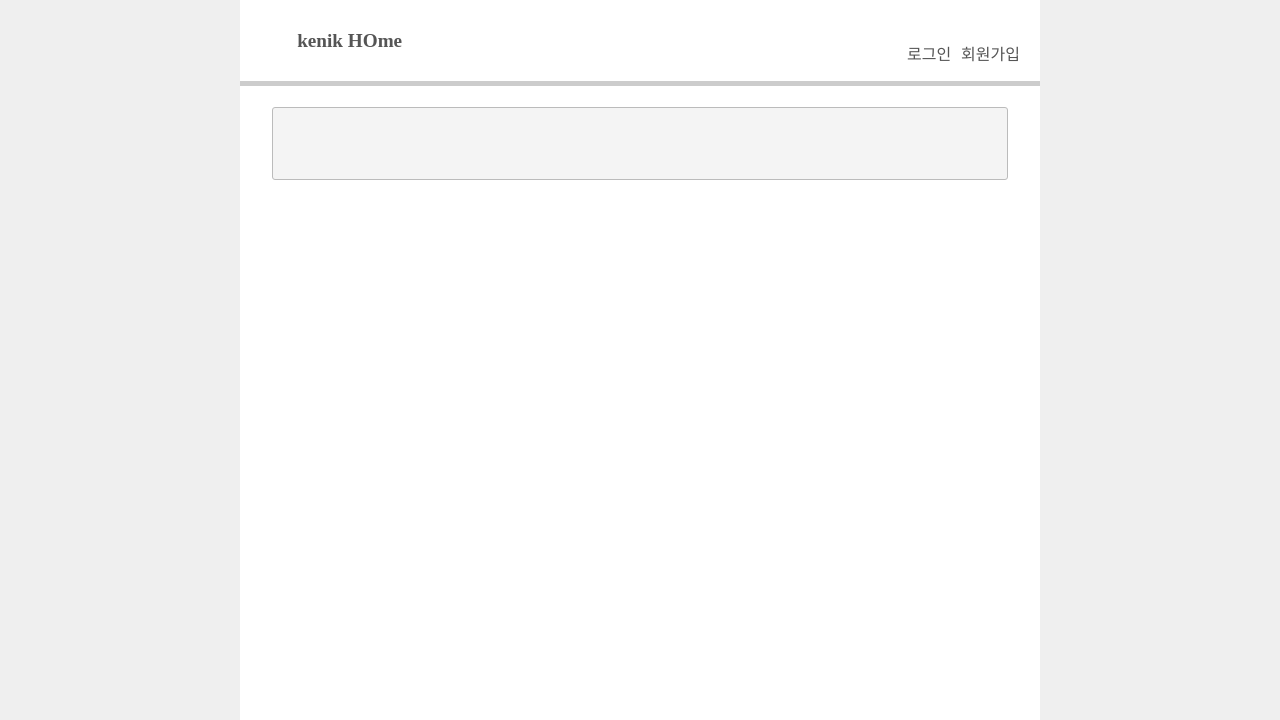
Repository: Seeker2250/JspTest
Page: http://localhost/jspPro/days01/ex02_ok.jsp
An editor plug-in stored every save of this project. The page is shown before and after the next save, followed by the edit.
The browser window is 1280 px wide. The pictures show the whole page.
Some web fonts or font styles are not loaded; a fallback is used. The page is served by Tomcat 9. Other server files are loaded and not shown.

Above is the page before, as saved 2024-10-15 03:26:32.

### jspPro/src/main/webapp/days01/ex02_ok.jsp
<%@ page language="java" contentType="text/html; charset=UTF-8"
    pageEncoding="UTF-8"%>
<%
	//ex02_ok.jsp?title=채식주의자&author=한강
	String title = request.getParameter("title");
	String author = request.getParameter("author");
%>
<!DOCTYPE html>
<html>
<head>
<meta charset="UTF-8">
<title>Insert title here</title>
<link rel="shortcut icon" type="image/x-icon" href="http://localhost/jspPro/images/SiSt.ico">
<script src="https://ajax.googleapis.com/ajax/libs/jquery/3.7.1/jquery.min.js"></script>
<meta name="viewport" content="width=device-width, initial-scale=1.0">
<link rel="stylesheet" href="http://localhost/jspPro/resources/cdn-main/example.css">
<script src="http://localhost/jspPro/resources/cdn-main/example.js"></script>
<style>
 span.material-symbols-outlined{
    vertical-align: text-bottom;
 }
</style>
</head>
<body>
<header>
  <h1 class="main"><a href="#" style="position: absolute;top:30px;">kenik HOme</a></h1>
  <ul>
    <li><a href="#">로그인</a></li>
    <li><a href="#">회원가입</a></li>
  </ul>
</header>
<div>
 <xmp class="code">

  </xmp>
</div>
</body>
</html>

### jspPro/src/main/webapp/resources/cdn-main/example.css
@charset "UTF-8";

@import url('https://fonts.googleapis.com/css2?family=Material+Symbols+Outlined:opsz,wght,FILL,GRAD@20..48,100..700,0..1,-50..200');

@font-face {
    font-family: 'GmarketSansMedium';
    src: url('https://cdn.jsdelivr.net/gh/projectnoonnu/noonfonts_2001@1.1/GmarketSansMedium.woff') format('woff');
    font-weight: normal;
    font-style: normal;
}

:root {
	--text-color: #555;
	--sub-text-color: #777;
	--back-color: #EFEFEF;
	--header-color: #444;
	--primary-color: #DEDEDE;
	--secondary-color: #EFEFEF;
	--default-width: 800px;
	--narrow-width: 500px;
	--wide-width: 1200px;
	--text-font: 'GmarketSansMedium';
	--icon-font: 'Material Symbols Outlined';
	--border-color: #CCC;
}

html, body {
	margin: 0;
	padding: 0;
}

html {
	background-color: var(--back-color);
	display: flex;
	justify-content: center;
	min-height: 100vh;
}

body, body.default {
	width: var(--default-width);
	background-color: white;
	padding-bottom: 120px;
}

body.wide {
	width: var(--wide-width);
}

body.narrow {
	width: var(--narrow-width);
}



body, p, div, span, a, input, select, option, textarea, button, table, th, td, label, fieldset, legend {
	font-family: var(--text-font);
	color: var(--text-color);
}

h1, h2, h3 {
	font-family: var(--text-font);
	color: var(--header-color);
	padding: 0 1rem;
	padding-top: .5rem;
}

div > h1, div > h2, div > h3 {
	padding: 0;
}

body > div, body > main > div {
	padding: 0.3rem 1rem;
}


h1 { font-size: 2rem; border-bottom: 1px solid var(--border-color); }
h1 small { font-size: 1.2rem; color: var(--sub-text-color); }
h2 { font-size: 1.5rem; border-bottom: 1px dashed var(--border-color); }
h2 small { font-size: 1.1rem; color: --sub-text-color; }
h3 { font-size: 1.2rem; }
h3 small { font-size: 1rem; color: --sub-text-color; }



h1.main::before {
	font-family: var(--icon-font);
  	content: '\e666';
  	margin-right: 10px;
  	float: left;
	font-size: 2.5rem;
}

h1.sub::before {
	font-family: var(--icon-font);
  	content: '\ea19';
  	margin-right: 10px;
  	float: left;
	font-size: 2.5rem;
}


h1.page::before {
	font-family: var(--icon-font);
  	content: '\e0e0';
  	margin-right: 10px;
  	float: left;
	font-size: 2.5rem;
}

body > header > ul > li > .active{
	background-color: #FFF;
	color:#F00;
}

body > header {
	display: flex;
	justify-content: space-between;
	border-bottom: 5px solid var(--border-color);
	min-height: 74px;
	background-color: #FFF;
}

body > header.sticky {
	position: sticky;
	top: 0;
	z-index: 98;
}

body > header > h1 {
	font-size: 1.2rem;
	border: 0;
}

body > header.in > h1::before {
	font-family: var(--icon-font);
  	content: '\e332‥';
  	margin-right: 3px;
  	float: left;
	font-size: 2rem;
}


body > header > ul {
	list-style-type: none;
	display: flex;
	align-items: flex-end;
	margin-right: 10px;
}

body > header > ul > li {
	margin-right: 10px;
	cursor: pointer;
}

body > header > ul > li > a {
	cursor: pointer;
}


form {
	display: block;
}

form > div {
	padding: 0.3rem 1rem;
}

div > form > div {
	padding: 0.3rem 0;
}

input, textarea, button, select {
	border: 1px solid #BBB;
	border-radius: 3px;
	outline: none;
	resize: none;
	padding: 7px;
	margin: 0;
}

input[type=text]:read-only, textarea:read-only {
	cursor: not-allowed;
	background-color: #FFF;
}

input[type=text]:disabled, textarea:disabled {
	cursor: not-allowed;
	background-color: #EEE;
}

input[type=text], input[type=password], textarea, button, select {
	/* width: 300px; */
}

textarea {
	display: block;
	height: 100px;
}

input[type=button], input[type=submit], button {
	/* width: inherit; */
}

input.short, textarea.short, button.short, select.short {
	width: 100px;
}

input.long, textarea.long, button.long, select.long {
	width: 350px;
}

.narrow input.long, .narrow textarea.long, .narrow button.long, .narrow select.long {
	width: calc(100% - 20px);
}

input.full, textarea.full, button.full, select.full {
	width: calc(100% - 20px);
}

textarea.short {
	height: 50px;
}

textarea.long {
	height: 100px;
}

textarea.full {
	height: 200px;
}

input, textarea {
	padding-top: 8px;
}

input[type=button], input[type=submit], button {
	padding: 5px 10px;
	background-color: var(--secondary-color);
	cursor: pointer;
	min-height: 36px;
}

input[type=button].primary, input[type=submit].primary, button.primary {
	/* background-color: rgba(100, 149, 237, .2); */
	background-color: var(--primary-color);
}

input[type=button].primary:hover, input[type=submit].primary:hover, button.primary:hover {
	/* background-color: rgba(100, 149, 237, .3); */
	background-color: var(--secondary-color);
}

input[type=button]:hover, input[type=submit]:hover, button:hover {
	background-color: var(--primary-color);
}

button {
	position: relative;
	left: 0;
	top: 0;
	padding-left: 35px;
}

button .material-symbols-outlined {
	position: absolute;
	left: 10px;
	top: 4px;
}

/* k2nik add */
button.login::before {
	font-family: var(--icon-font);
  	content: '\ea77';
	position: absolute;
	left: 11px;
	top: 4px;
	font-size: 1.25rem;
}

/* k2nik logout */
button.logout::before {
	font-family: var(--icon-font);
  	content: '\e9ba';
	position: absolute;
	left: 11px;
	top: 4px;
	font-size: 1.25rem;
}

/* k2nik help */
button.help::before {
	font-family: var(--icon-font);
  	content: '\f1c0';
	position: absolute;
	left: 11px;
	top: 4px;
	font-size: 1.25rem;
}

button.add::before{
	font-family: var(--icon-font);
  	content: '\e746';
	position: absolute;
	left: 11px;
	top: 4px;
	font-size: 1.25rem;
}

button.back::before {
	font-family: var(--icon-font);
  	content: '\e166';
	position: absolute;
	left: 11px;
	top: 4px;
	font-size: 1.25rem;
}

button.list::before {
	font-family: var(--icon-font);
  	content: '\e0ee';
	position: absolute;
	left: 11px;
	top: 4px;
	font-size: 1.25rem;
}


button.del::before {
	font-family: var(--icon-font);
  	content: '\e872';
	position: absolute;
	left: 11px;
	top: 4px;
	font-size: 1.25rem;
}


button.edit::before {
	font-family: var(--icon-font);
  	content: '\e745';
	position: absolute;
	left: 11px;
	top: 4px;
	font-size: 1.25rem;
}


button.login::before {
	font-family: var(--icon-font);
  	content: '\ea77';
	position: absolute;
	left: 11px;
	top: 4px;
	font-size: 1.25rem;
}


button.logout::before {
	font-family: var(--icon-font);
  	content: '\e9ba';
	position: absolute;
	left: 11px;
	top: 4px;
	font-size: 1.25rem;
}


button.in::before {
	font-family: var(--icon-font);
  	content: '\f71a';
	position: absolute;
	left: 11px;
	top: 4px;
	font-size: 1.25rem;
}


button.out::before {
	font-family: var(--icon-font);
  	content: '\f70e';
	position: absolute;
	left: 11px;
	top: 4px;
	font-size: 1.25rem;
}


button.reply::before {
	font-family: var(--icon-font);
  	content: '\e15e';
	position: absolute;
	left: 11px;
	top: 4px;
	font-size: 1.25rem;
}


button.comment::before {
	font-family: var(--icon-font);
  	content: '\e0b9';
	position: absolute;
	left: 11px;
	top: 4px;
	font-size: 1.25rem;
}


button.modal::before {
	font-family: var(--icon-font);
  	content: '\e89e';
	position: absolute;
	left: 11px;
	top: 4px;
	font-size: 1.25rem;
}


button.ok::before {
	font-family: var(--icon-font);
  	content: '\e86c';
	position: absolute;
	left: 11px;
	top: 4px;
	font-size: 1.25rem;
}


button.cancel::before {
	font-family: var(--icon-font);
  	content: '\e5c9';
	position: absolute;
	left: 11px;
	top: 4px;
	font-size: 1.25rem;
}

button.search::before {
	font-family: var(--icon-font);
  	content: '\e8b6';
	position: absolute;
	left: 11px;
	top: 4px;
	font-size: 1.25rem;
}

button.home::before {
	font-family: var(--icon-font);
  	content: '\e88a';
	position: absolute;
	left: 11px;
	top: 4px;
	font-size: 1.25rem;
}


button.sidebar::before {
	font-family: var(--icon-font);
  	content: '\f7e4';
	position: absolute;
	left: 11px;
	top: 4px;
	font-size: 1.25rem;
}


button.sidebar-right::before {
	font-family: var(--icon-font);
  	content: '\f7e5';
	position: absolute;
	left: 11px;
	top: 4px;
	font-size: 1.25rem;
}




button::before {
	font-family: var(--icon-font);
  	content: '\e323';
	position: absolute;
	left: 11px;
	top: 4px;
	font-size: 1.25rem;
}


table {
	border-collapse: collapse;
	margin: 1rem;
	box-sizing: border-box;
	width: calc(100% - 32px);
}

table.content {
	width: auto;
}

div > table {
	margin: 0;
}

table th, table td {
	border: 1px solid var(--border-color);
	padding: 7px;
	font-weight: normal;
}

table th {
	background-color: var(--back-color);
}

table.vertical th {
	width: 150px;
}

table.vertical td {
	width: calc(100% - 182px);
	padding-left: 10px;
}

table.content td, table.content th {
	width: auto;
}

body.narrow table.vertical th {
	width: 100px;
}

body.narrow table.vertical td {
	width: calc(100% - 182px);
}


table + table {
	margin-top: 30px;
}


p {
	padding: 0 1rem;
}

a {
	text-decoration: none;
}

a:hover {
	color: rgba(255, 99, 71, .7);
}

hr {
	border: 0;
	border-top: 1px solid var(--border-color);
	margin: 2rem 0;
}

.message {
	border: 1px solid var(--border-color);
	background-color: #EFEFEF;
	margin: 1rem;
	width: auto;
	padding-top: 10px;
	padding-bottom: 10px;
	font-size: 14px;
}

.message[title]::before {
	content: attr(title);
	display: block;
	border-bottom: 1px solid var(--border-color);
	padding-bottom: 5px;
	margin-bottom: 10px;
	margin-top: 7px;
}

.message.short {
	max-width: 250px;
}

.message.long {
	max-width: 500px;
}

.badge {
	float: right;
	font-size: .8rem;
	margin-top: 2px;
	margin-right: 2px;
	text-shadow: 0 0 7px gray;
}

.badge.left {
	float: none;
	margin-left: 2px;
}

.badge.right {
	float: right;
}

.badge.red {
	border-radius: 50%;
	padding: 2px 5px;
	background-color: rgb(255, 99, 71, .3);
}

.badge.yellow {

	border-radius: 50%;
	padding: 2px 5px;
	background-color: rgb(255, 215, 0, .5);
}

.badge.blue {
	border-radius: 50%;
	padding: 2px 5px;
	background-color: rgb(100, 149, 237, .3);
}

label + label {
	margin-left: 7px;
}

label input[type=checkbox], label input[type=radio] {
	transform: translate(0, 1px);
}

.group {
	display: flex;
}

.modal-content .group {
	margin-bottom: .5rem;
}

.group label {
	border: 1px solid #BBB;
	border-radius: 3px;
	outline: none;
	resize: none;
	padding: 7px 14px;
	margin: 0;
	border-top-right-radius: 0;
	border-bottom-right-radius: 0;
	background-color: #EFEFEF;
	white-space: nowrap;
	font-size: 14px;
}

.group input[type=text] {
	margin-left: -1px;
	border-top-left-radius: 0;
	border-bottom-left-radius: 0;
}

.group select {
	margin-left: -1px;
	border-top-left-radius: 0;
	border-bottom-left-radius: 0;
}

.group input.full[type=text] {
	margin-left: -1px;
	border-top-left-radius: 0;
	border-bottom-left-radius: 0;
	width: 100%;
}

.group input[type=button]:first-child, .group button:first-child {
	border-top-left-radius: 3px;
	border-bottom-left-radius: 3px;
	margin-left: 0px;
}

.group input[type=button], .group button {
	border-radius: 0;
	margin-left: -1px;
}

.group input[type=button]:last-child, .group button:last-child {
	margin-left: -1px;
	border-top-right-radius: 3px;
	border-bottom-right-radius: 3px;
}

.seperate {
	display: flex;
	justify-content: space-between;
}

div.list {
	width: max-content;
	margin: 1rem;
	border: 1px solid #BBB;
	border-radius: 3px;
	padding: 0;
}

div.list.full {
	width: auto;
	display: block;
	margin: 1rem;
	border: 1px solid #BBB;
	border-radius: 3px;
	padding: 0;
}

div.list > div {
	padding: .5rem 1rem;
	margin: 0;
	border-bottom: 1px solid #BBB;
}

div.list > div:last-child {
	border-bottom: 0;
}

pre.code , xmp.code{
	font-family: consols;
	background-color: rgba(150, 150, 150, .1);
	border: 1px solid #BBB;
	border-radius: 3px;
	padding: .5rem 1rem;
	padding-bottom: .6rem;
	margin: 1rem;
}




*[data-modal-window] {
	position: fixed;
	background-color: rgba(0, 0, 0, .3);
	left: 0;
	top: 0;
	display: none;
	justify-content: center;
	align-items: flex-start;
	width: 100%;
	min-height: 100vh;
	z-index: 100;
	opacity: 0;
	transition: 500ms all;
}

*[data-modal-window] .modal-container {
	border-radius: 5px;
	padding: 1rem;
	padding-bottom: .5rem;
	margin-top: -500px;
	opacity: 0;
	width: 500px;
	background-color: #FFF;
	margin-right: 2rem;
	transition: 500ms all;
}

*[data-modal-size=content] .modal-container {
	width: auto;
}

*[data-modal-size=narrow] .modal-container {
	width: 300px;
}

*[data-modal-size=wide] .modal-container {
	width: 760px;
}


*[data-modal-window] .modal-header {
	border-bottom: 1px solid var(--border-color);
	padding: 2px 5px;
}

*[data-modal-window] .modal-content {
	padding: 1rem 5px;
}

*[data-modal-window] .modal-content div:last-child {
	margin-top: 1rem;
	text-align: right;
}



*[data-sidebar-window] {
	position: fixed;
	background-color: #FFF;
	left: 0;
	top: 0;
	display: block;
	width: 300px;
	border-right: 1px solid var(--border-color);
	box-sizing: border-box;
	box-shadow: 0 0 3px var(--back-color);
	min-height: 100vh;
	z-index: 99;
	transform: translate(-300px, 0);
	transition-duration: 500ms;
	transition-property: transform;
}

*[data-sidebar-direction=right] {
	left: auto;
	right: 0;
	transform: translate(300px, 0);
	border-left: 1px solid var(--border-color);
}

*[data-sidebar-size=wide] {
	width: 500px;
	transform: translate(-500px, 0);
}

*[data-sidebar-window] .sidebar-title {
	border-bottom: 1px solid var(--border-color);
	margin-top: 20px;
	margin-bottom: 20px;
	padding-bottom: 5px;
	display: flex;
	justify-content: space-between;
}

*[data-sidebar-window] .sidebar-title span:last-child {
	cursor: pointer;
}


/* K2Nik pagination */
.center {
  text-align: center;
}

.pagination {
  display: inline-block;
}

.pagination a {
  color: black;
  float: left;
  padding: 3px 6px;
  text-decoration: none;
  transition: background-color .3s;
  border: 1px solid #ddd;
  margin: 0 3px;
}

.pagination a.active {
  background-color: #4CAF50;
  color: white;
  border: 1px solid #4CAF50;
}

.pagination a:hover:not(.active) {background-color: #ddd;}

### jspPro/src/main/webapp/resources/cdn-main/example.js

window.onload = () => {

    const list = document.querySelectorAll('input, textarea');

    list.forEach(item => {
        item.setAttribute('autocomplete', 'off');
    });


    const modal_btn_list = document.querySelectorAll('*[data-modal-button]');

    modal_btn_list.forEach(item => {
        item.onclick = function() {

            const name = this.dataset['modalButton'];
            const modal_window = document.querySelector('*[data-modal-window=' + name);

            const container = document.createElement('div');
            container.className = 'modal-container';



            const modal_header = document.createElement('div');
            modal_header.textContent = modal_window.dataset['modalTitle'];
            modal_header.className = 'modal-header';
            container.appendChild(modal_header);

            const modal_content = document.createElement('div');
            modal_content.className = 'modal-content';
            container.appendChild(modal_content);

            Array.from(modal_window.childNodes).forEach(item => {
                modal_content.appendChild(item);
            });

            modal_window.appendChild(container);

            modal_window.style.display = 'flex';

            setTimeout(() => {
                modal_window.style.opacity = 1;
                container.style.marginTop = '20px';
                container.style.opacity = 1;
            }, 50);


            const modal_ok = document.querySelector('*[data-modal-ok=' + name);
            modal_ok.addEventListener('click', function() {
                modal_window.style.opacity = 0;
                container.style.marginTop = '-500px';
                container.style.opacity = 0;

                setTimeout(() => {
                    modal_window.innerHTML = modal_content.innerHTML;
                    modal_window.style.display = 'none';
                }, 500);

            });

            const modal_cancel = document.querySelector('*[data-modal-cancel=' + name);
            modal_cancel.addEventListener('click', function() {

                modal_window.style.opacity = 0;
                container.style.marginTop = '-500px';
                container.style.opacity = 0;

                setTimeout(() => {
                    modal_window.innerHTML = modal_content.innerHTML;
                    modal_window.style.display = 'none';
                }, 500);
            });


        };
    });


    const sidebar_btn_list = document.querySelectorAll('*[data-sidebar-button]');

    sidebar_btn_list.forEach(item => {
        item.onclick = function() {



            const name = this.dataset['sidebarButton'];
            const sidebar_window = document.querySelector('*[data-sidebar-window=' + name);

            if (sidebar_window.style.transform == 'translate(0px, 0px)') return;



            sidebar_window.style.transform = 'translate(0, 0)';

            const sidebar_title = document.createElement('div');
            sidebar_title.className = 'sidebar-title';
            sidebar_title.innerHTML = '<span>' + sidebar_window.dataset['sidebarTitle'] + '</span><span class="material-symbols-outlined">close</span>';

            sidebar_title.children[1].onclick = function() {

                let sign = 1;
                let distance = 300;

                if (sidebar_window.dataset['sidebarDirection'] != 'right') {
                    sign = -1;
                } else {
                    sign = 1;
                }

                if (sidebar_window.dataset['sidebarSize'] != 'wide') {
                    distance = 300;
                } else {
                    distance = 500;
                }

                distance *= sign;

                sidebar_window.style.transform = 'translate(' + distance + 'px, 0)';

                setTimeout(function() {
                    sidebar_window.removeChild(sidebar_window.children[0]);
                }, 500);
            };


            sidebar_window.prepend(sidebar_title);

        }
    });

};

// window.onkeydown = function(event) {

//     if (event.keyCode == 27) {
//         if (document.querySelector('[data-modal-window').style.display == 'flex') {
//             document.querySelector('[data-modal-window').style.display = 'none';
//         }
//     }

// };

After the next save:
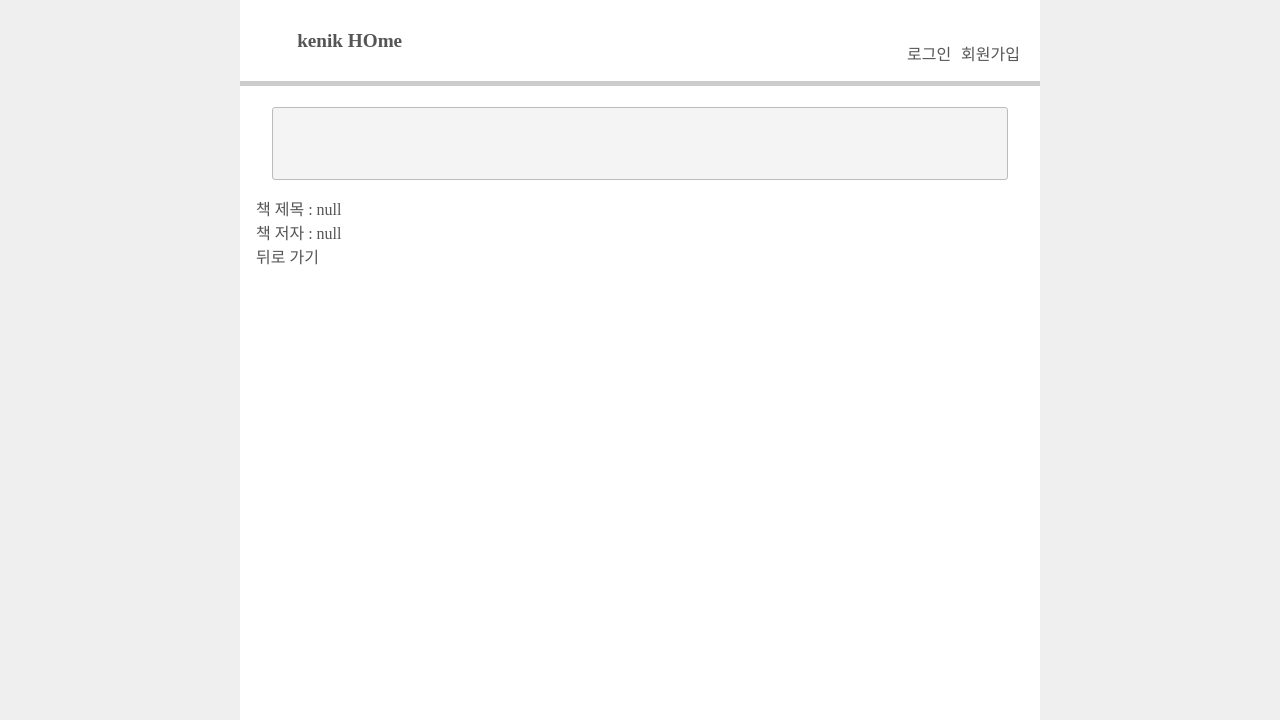
Saved 80 s later.
--- a/jspPro/src/main/webapp/days01/ex02_ok.jsp
+++ b/jspPro/src/main/webapp/days01/ex02_ok.jsp
@@ -33,6 +33,9 @@
  <xmp class="code">
 
   </xmp>
+  책 제목 : <%= title %><br>
+  책 저자 : <%= author %><br>
+  <a href="javascript:history.go(-1)">뒤로 가기</a>
 </div>
 </body>
 </html>
